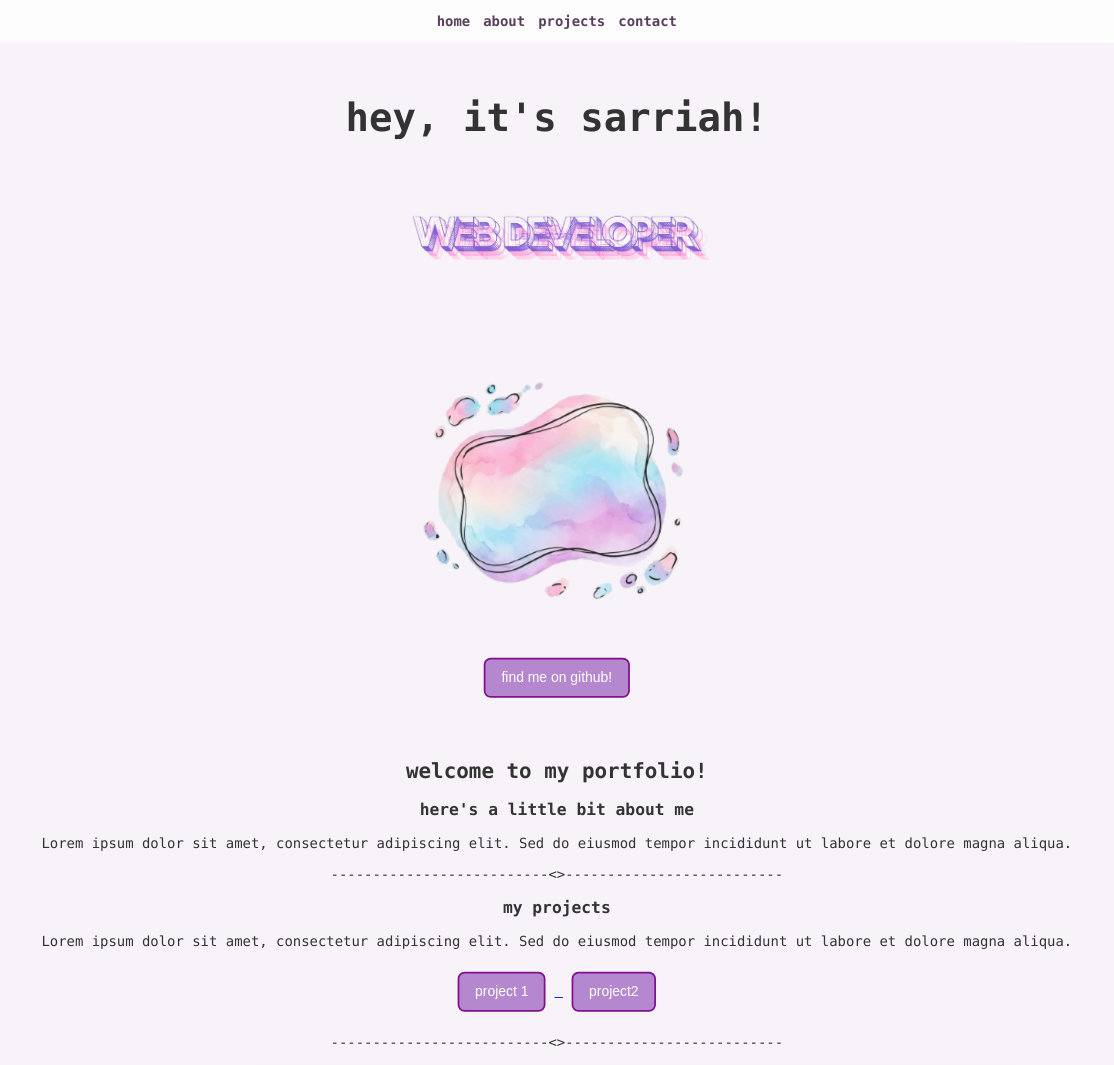
Repository: sarriah/sarriah
Page: homepage.html
An editor plug-in stored every save of this project. The page is shown before and after the next save, followed by the edit.
The browser window is 1280 px wide. The pictures show the whole page, at 87% of full size.

Above is the page before, as saved 2026-05-15 19:10:52.

### homepage.html
<!DOCTYPE html>
<html lang="en">
<head>
    <meta charset="UTF-8">
    <meta name="viewport" content="width=device-width, initial-scale=1.0">
    <title>sarriah's portfolio</title>

    <!-- CSS file link ) -->
    <link rel="stylesheet" href="styles\index.css">
    <link rel="stylesheet" href="styles\style.css">
</head>

<body>

    <nav>
        <!-- nav is good but fixing links later so they go to real sections instead of README PLUS fixing CSS-->
        <a class="navBar" href="homepage.html">home</a>
        <a class="navBar" href="README.md">about</a>
        <a class="navBar" href="README.md">projects</a>
        <a class="navBar" href="README.md">contact</a>
    </nav>

    <header>

        <h1 class="hey">hey, it's sarriah!</h1>

        <img class="webdev" src="../../assets/WEBDEV2.png" alt="web development icon">

        <!-- later you might want to style this differently so it doesn’t sit right (css issue)-->
        <img class="splash" src="../../assets/thankyouGEMINI.png" alt="abstract blob design">

        <!-- adding my picture ontop of the splash-->

        <!-- buttons are good but later i might want them inside a container or smt  for better layout control -->
        <button>find me on github!</button>
    </header>

    <main>
        <!-- content should eventually go here -->
        <h2>welcome to my portfolio!</h2>
        <h3>here's a little bit about me</h3>

        <p>Lorem ipsum dolor sit amet, consectetur adipiscing elit. Sed do eiusmod tempor incididunt ut labore et dolore magna aliqua.</p>


        <p>--------------------------<>--------------------------</p>
        <h3>my projects</h3>
        <p>Lorem ipsum dolor sit amet, consectetur adipiscing elit. Sed do eiusmod tempor incididunt ut labore et dolore magna aliqua.</p>

        <!----project links-->
        <a href="pages/project1.html">
        <button>project 1</button>
        </a>
        <a href="pages/project2.html">
        <button>project2</button>
        </a>








         <p>--------------------------<>--------------------------</p>
    </main>

    <footer>
        <!-- footer is fine but currently empty— could add smt small later -->
        <p></p>
    </footer>

</body>
</html>

### styles/index.css

/* doing mobile design FIRST because of issues with responsive design i think this will be better*/

.splash {

    width: 90%;
    max-width: 500px;
    margin: 20px auto;
    display: block;
    opacity: 0.9;
    /*using block display lets them sit less awkwardly */

}



.hey {
    font-size: 2.2em;
    margin: 20px 0;


     /* moved from left to center *//
}



.webdev {
    width: 90%;
    max-width: 300px;
    margin: 20px auto;
    display: block;

    /* max width instead of min width */
}



/* using nav tag instead of navBar class for formatting*/
nav {
    display: flex;
    justify-content: center;
    gap: 15px;
    padding: 15px;
    background: #ffffffcc;
    backdrop-filter: blur(5px);
    position: sticky;
    top: 0;
}

.navBar { /* the class is for the design not the formatting */
    text-decoration: none;
    color: #5a3d5c;
    font-weight: bold;
    font-size: 16px;
}



header {
    padding: 40px 20px;
}


button { /* so those b1 and b2 classes from earlier were useless i forgot we could just use the selector lol*/
    background-color: #b587cf;
    border-width: 2px; /* modifying border using these 3 different border properties */
    border-style: solid;
    border-color: rgb(130, 15, 141);
    color: white;
    padding: 12px 18px;
    font-size: 16px;
    margin: 10px;
    border-radius: 8px;
    cursor: pointer;
    transition: 0.2s ease;
}




/* new responsive design chrome dev tools tested lol */
/* Tablet  */
@media (min-width: 600px) {

    .hey {
        font-size: 2.8em;
    }

    .webdev {
        max-width: 350px;
    }
}

/* Desktop  */
@media (min-width: 900px) {

    header {
        max-width: 900px;
        margin: 0 auto;
    }

    .splash {
        max-width: 600px;
    }
}

### styles/style.css
/* moving these to style.css instead of index.css bc they are styles */

body {
    margin: 0;
    font-family:  Consolas, Arial, Verdana, sans-serif;
    background: #f7f3f9;
    color: #333;
    text-align: center;

       /* later i might switch to centered layout for a portfolio look */
}


font-face {
    font-family: Consolas;
    src: url('../fonts/Consolas.ttf') format('truetype');
    font-weight: normal;
    font-style: normal;
}

.navBar:hover {
    color: #b587cf;
}

button:hover {
    background-color: #9f6fc0;
    transform: translateY(-2px); /* this ones so cool omg */
}

After the next save:
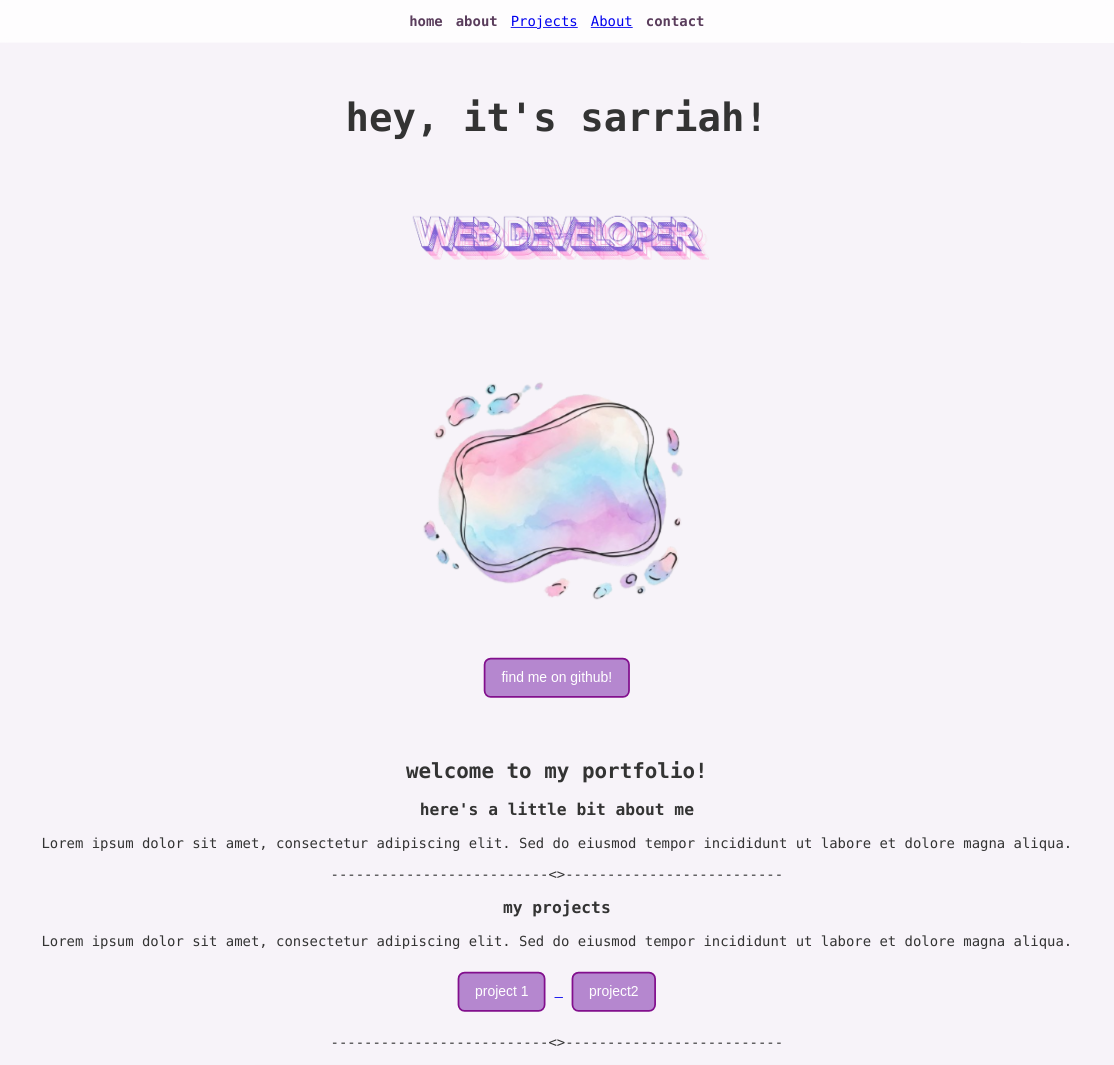
Saved 3 min 43 s later.
--- a/homepage.html
+++ b/homepage.html
@@ -16,7 +16,8 @@
         <!-- nav is good but fixing links later so they go to real sections instead of README PLUS fixing CSS-->
         <a class="navBar" href="homepage.html">home</a>
         <a class="navBar" href="README.md">about</a>
-        <a class="navBar" href="README.md">projects</a>
+        <a href="#projects">Projects</a>
+        <a href="#about">About</a>
         <a class="navBar" href="README.md">contact</a>
     </nav>
 
@@ -44,6 +45,7 @@
 
 
         <p>--------------------------<>--------------------------</p>
+        <section id="projects">
         <h3>my projects</h3>
         <p>Lorem ipsum dolor sit amet, consectetur adipiscing elit. Sed do eiusmod tempor incididunt ut labore et dolore magna aliqua.</p>
 
@@ -54,7 +56,7 @@
         <a href="pages/project2.html">
         <button>project2</button>
         </a>
-
+        </section>
 
 
 
